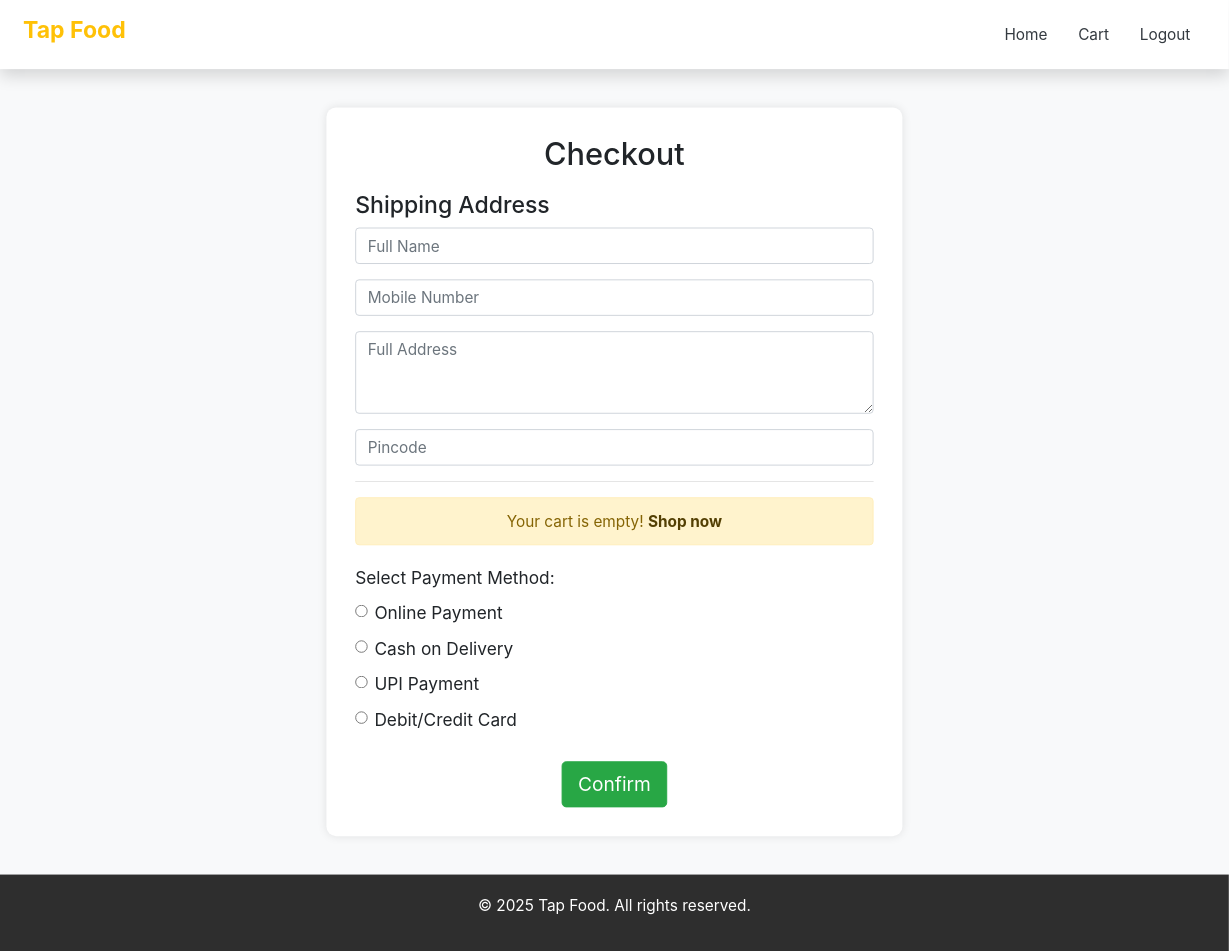
Repository: Rupeswarbhainsa777/Food-Web-App
Page: http://localhost/TapFoodApp/CheckOut.jsp
The author's editor kept a copy of each file at every save. The page is drawn from the files as they stood at one save, then again after the next save.
The browser window is 1280 px wide. The pictures show the whole page, at 96% of full size.
The page is served by Tomcat 10.

Above is the page before, as saved 2025-04-28 12:31:55.

After the next save:
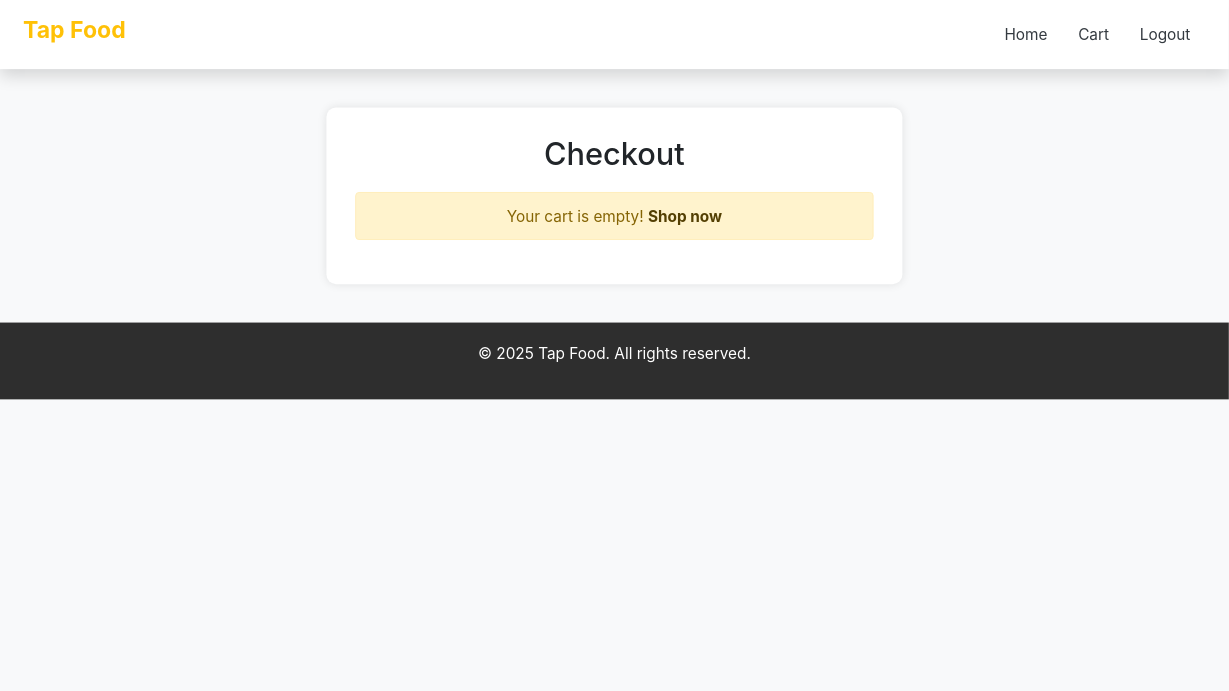
Saved 4 min 4 s later.
--- a/TapFoodApp/src/main/webapp/CheckOut.jsp
+++ b/TapFoodApp/src/main/webapp/CheckOut.jsp
@@ -37,9 +37,14 @@ h2 { margin-bottom: 20px; }
 <div class="checkout-container">
     <h2 class="text-center">Checkout</h2>
 
+    <%
+    Cart cart = (Cart) session.getAttribute("cart");
+    if (cart != null && !cart.getItems().isEmpty()) {
+    %>
+
     <form action="ChecketOutServlet" method="post">
 
-        <!-- Address Section -->
+        <!-- Shipping Address Section -->
         <h4>Shipping Address</h4>
         <div class="form-group"><input type="text" class="form-control" name="fullName" placeholder="Full Name" required></div>
         <div class="form-group"><input type="text" class="form-control" name="mobileNumber" placeholder="Mobile Number" required></div>
@@ -50,23 +55,16 @@ h2 { margin-bottom: 20px; }
 
         <!-- Total Amount -->
         <%
-        Cart cart = (Cart) session.getAttribute("cart");
         double totalAmount = 0.0;
-        if (cart != null && !cart.getItems().isEmpty()) {
-            for (CartItem item : cart.getItems().values()) {
-                totalAmount += item.getPrice() * item.getQuantity();
-            }
+        for (CartItem item : cart.getItems().values()) {
+            totalAmount += item.getPrice() * item.getQuantity();
+        }
         %>
         <div class="form-group">
             <label>Total Amount:</label>
             <input type="text" class="form-control" value="₹<%= String.format("%.2f", totalAmount) %>" readonly>
             <input type="hidden" name="totalAmount" value="<%= totalAmount %>">
         </div>
-        <% } else { %>
-        <div class="alert alert-warning text-center">
-            Your cart is empty! <a href="home.jsp" class="alert-link">Shop now</a>
-        </div>
-        <% } %>
 
         <!-- Payment Methods -->
         <div class="payment-methods">
@@ -78,12 +76,18 @@ h2 { margin-bottom: 20px; }
         </div>
 
         <!-- Place Order Button -->
-
         <div class="text-center place-order-btn">
-            <button type="submit" class="btn btn-success btn-lg">Confirm</button>
+            <button type="submit" class="btn btn-success btn-lg">Place Order</button>
         </div>
 
     </form>
+
+    <% } else { %>
+    <div class="alert alert-warning text-center">
+        Your cart is empty! <a href="home.jsp" class="alert-link">Shop now</a>
+    </div>
+    <% } %>
+
 </div>
 
 <footer class="footer">
